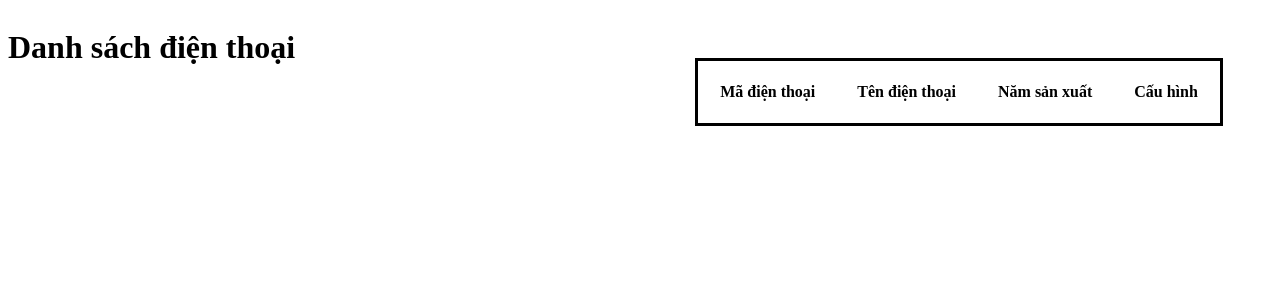
Repository: buikhacthang91042/Nam4_Ki1
Page: http://localhost/Tuan05/DanhSachDienThoaiNCC.jsp
These files come from the project's save history. The page is drawn as it stood at one moment and after the next save; the edit follows.
The browser window is 1280 px wide. The pictures show the whole page.
The page is served by Tomcat 10. Nobody is signed in. The application's start-up code is not run. Other server files are loaded and not shown. The template is opened directly, without the code that normally fills it, so the values that code supplies are empty.

Above is the page before, as saved 2024-10-10 11:59:33.

### WWW/BuiKhacThang_21127151_Tuan05/Tuan05/src/main/webapp/DanhSachDienThoaiNCC.jsp
<%@ page contentType="text/html; charset=UTF-8" language="java"%>
<%@ taglib uri="http://java.sun.com/jsp/jstl/functions" prefix="fn"%>
<%@ taglib prefix="c" uri="jakarta.tags.core"%>
<!DOCTYPE html>
<html>
<head>
<meta charset="ISO-8859-1">
<title>Danh sách điện thoại theo nhà cung cấp</title>
<style type="text/css">
	.container{
		display: flex;
		flex-direction: row;
	}
	.menu{

	}
	.content{
		display:flex;
		margin-left: 400px;
		margin-top: 50px;
	}
	th {
		padding: 20px;
	}
	table{
		border: solid;
	}
</style>

</head>
<body>
	<form action="" method="GET">
	<div class="container">

		<div class="menu">
		<h1>Danh sách điện thoại</h1>
		<ul>
		<c:forEach var="NCC" items="${NhaCCList}">
			<li><a
				href="DanhSachDienThoaiNCCServlet?mancc= ${NCC.mancc}">${NCC.tenNhaCungCap}</a></li>
		</c:forEach>
		</ul>
		</div>

		<div class="content">
			<table>
				<thead>
					<tr>
						<th>Mã điện thoại</th>
						<th>Tên điện thoại</th>
						<th>Năm sản xuất</th>
						<th>Cấu hình</th>
					</tr>
				</thead>

				<tbody>
				<c:forEach var= "dienThoai" items= "${dienThoaiList}">
					<tr>
						<td>${dienThoai.madt} </td>
						<td>${dienThoai.tenDienThoai} </td>
						<td>${dienThoai.namSanXuat} </td>
						<td>${dienThoai.cauHinh} </td>
					</tr>
				</c:forEach>

				</tbody>
			</table>
		</div>

		</div>
	</form>
</body>
</html>

After the next save:
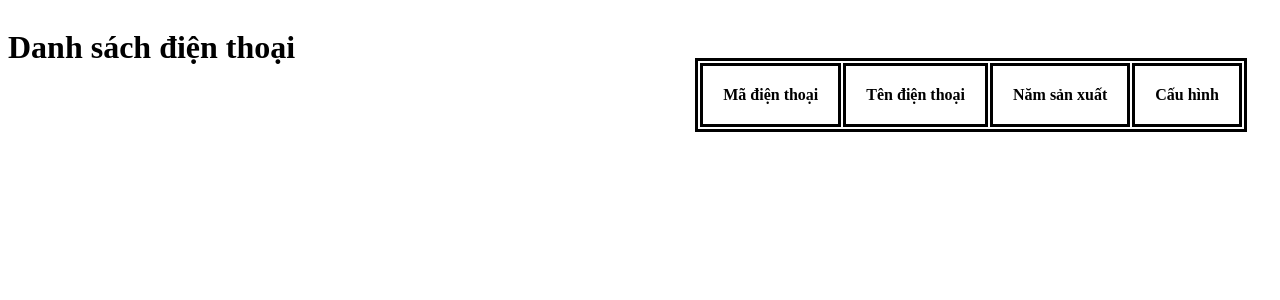
Saved 22 s later.
--- a/WWW/BuiKhacThang_21127151_Tuan05/Tuan05/src/main/webapp/DanhSachDienThoaiNCC.jsp
+++ b/WWW/BuiKhacThang_21127151_Tuan05/Tuan05/src/main/webapp/DanhSachDienThoaiNCC.jsp
@@ -21,6 +21,7 @@
 	}
 	th {
 		padding: 20px;
+		border: solid;
 	}
 	table{
 		border: solid;
